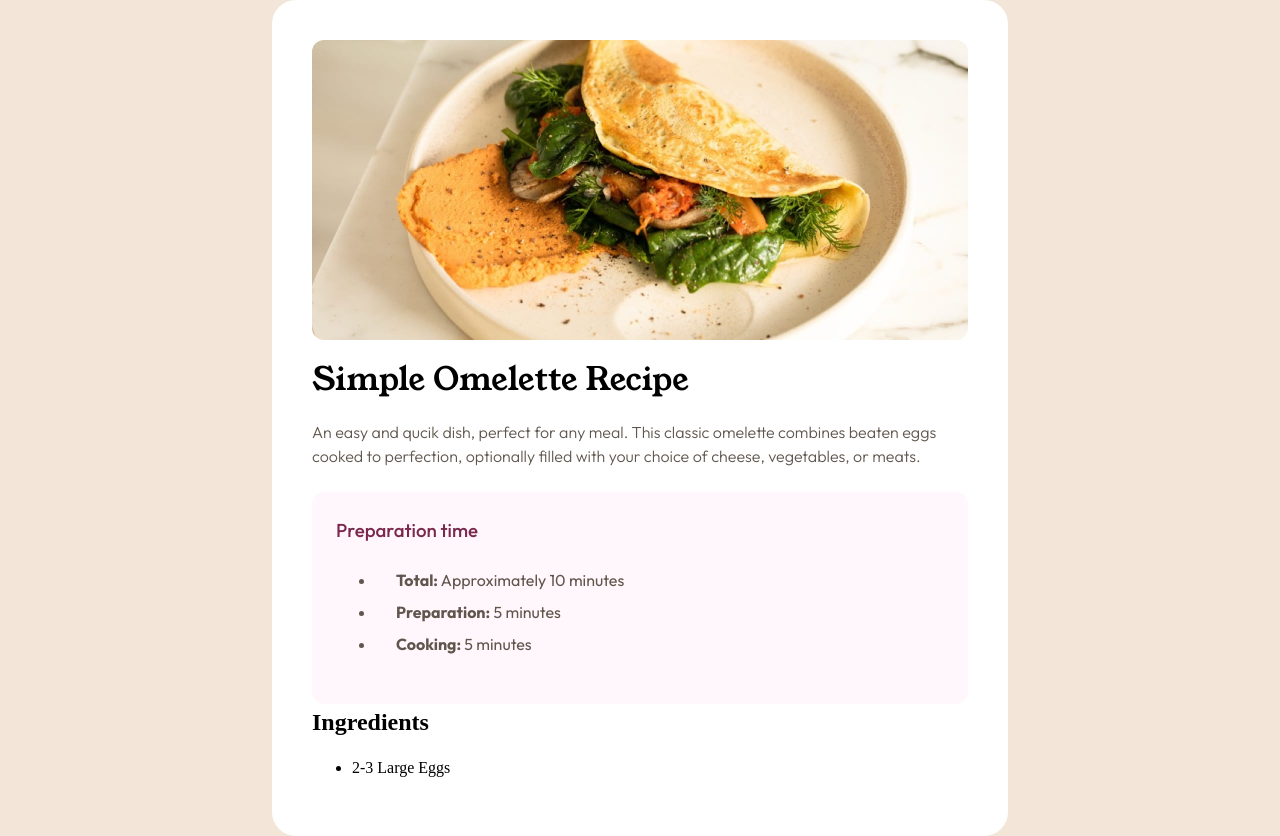
Repository: brandontaylor1/recipe-page
Page: index.html
These files come from the project's save history. The page is drawn as it stood at one moment and after the next save; the edit follows.
The browser window is 1280 px wide. The pictures show the whole page.

Above is the page before, as saved 2024-12-28 22:19:50.

### index.html
<!DOCTYPE html>
<html lang="en">
<head>
    <meta charset="UTF-8">
    <meta name="viewport" content="width=device-width, initial-scale=1.0">
    <link rel="preconnect" href="https://fonts.googleapis.com">
    <link rel="preconnect" href="https://fonts.gstatic.com" crossorigin>
    <link href="https://fonts.googleapis.com/css2?family=Outfit:wght@100..900&family=Young+Serif&display=swap" rel="stylesheet">
    <link rel="stylesheet" href="styles.css">
    <title>Recipe Page</title>
</head>
<body>
    <main class="container">
        <div class="recipe-card">
            <div class="recipe-title-content">
                <img src="./assets/images/image-omelette.jpeg" alt="recipe-image">
                <h1>Simple Omelette Recipe</h1>
                <p>An easy and qucik dish, perfect for any meal. This classic omelette combines beaten eggs cooked to perfection, optionally filled with your choice of cheese, vegetables, or meats. </p>
            </div>
            <div class="preparation-container">
                <h3>Preparation time</h3>
                <ul class="preparation-time">
                    <li><strong>Total:</strong> Approximately 10 minutes</li>
                    <li><strong>Preparation:</strong> 5 minutes</li>
                    <li><strong>Cooking:</strong> 5 minutes</li>
                </ul>
            </div>
            <div class="ingredients-container">
                <h2>Ingredients</h2>
                <ul class="ingredients-list">
                    <li>2-3 Large Eggs</li>
                </ul>

            </div>
            <div class="instructions-container">

            </div>
            <div class="nutrition-container">

            </div>
        </div>


    </main>



    <script src="index.js"></script>
</body>
</html>

### styles.css
*,
*::before,
*::after {
    box-sizing: border-box;
}

body,
h1,
h2,
h3,
h4,
h5,
h6,
p,
figure,
picture {
    margin: 0;
}

body {
    line-height: 1.5;
    min-height: 100vh;
}

img,
picture {
    max-width: 100%;
    display: block;
}

input,
button,
textarea,
select {
    font: inherit;
}

@media (prefers-reduced-motion: reduce) {
    *,
    *::before,
    *::after {
      animation-duration: 0.01ms !important;
      animation-iteration-count: 1 !important;
      transition-duration: 0.01ms !important;
      scroll-behavior: auto !important;
    }
  }

  /* UTILITY CLASSES */
  /* .flex{
    display: flex;
    gap: var(--gap, 1rem);
  }

  .grid {
    display: grid;
    gap: var(--gap, 1rem);
  }

  .container {
    padding: 0 2rem;
    margin: 0 auto;
    max-width: 80rem;
  }

  .sr-only {
    position: absolute;
    width: 1px;
    height: 1px;
    padding: 0;
    margin: -1px;
    overflow: hidden;
    clip: rect(0, 0, 0, 0);
    white-space: nowrap;
    border-width: 0;
  }

  .backgroundColor {
    background-color: var(--color-rose-50);
  } */




:root {
    /* COLORS */
    --color-rose-800: #7A284E;
    --color-rose-50: #FFF7FB;

    --color-stone-900: #312E2C;
    --color-stone-600: #5F564D;
    --color-stone-150: #E3DDD7;
    --color-stone-100: #F3E5D7;

    --color-brown-800: #854632;

    --color-white: #FFFFFF;
    --color-black: #000000;

    /* FONTS */
    /* @font-face {
        font-family: "YoungSerif-Regular", sans-serif;
        src: url(./fonts/YoungSerif-Regular.ttf) format('ttf');
    }

    @font-face {
        font-family: "Outfit-SemiBold", sans-serif;
        src: url(./fonts/Outfit-SemiBold.ttf) format('ttf');
    }

    @font-face {
        font-family: "Outfit-Bold", sans-serif;
        src: url(./fonts/Outfit-Bold.ttf) format('ttf');
    }

    @font-face {
        font-family: "Outfit-Regular", sans-serif;
        src: url(./fonts/Outfit-Regular.ttf) format('ttf');
    } */

    /* FONT SIZES */
    /* --fs-h1: 9.375rem;
    --fs-h2: 1.75rem;
    --fs-h3: 1.25rem;
    --fs-p: 1rem; */

}

.container {
    display: flex;
    flex-direction: column;
    align-items: center;
    justify-content: center;
    padding: 0 2rem;
    margin: 0 auto;
    max-width: 80rem;
    background-color: var(--color-stone-100);

}

.recipe-card {
    display: flex;
    flex-direction: column;
    align-items: flex-start;
    justify-content: space-between;
    width: 736px;
    padding: 40px;
    background-color: var(--color-white);
    border-radius: 24px;

}

.recipe-card img {
    width: 100%;
    border-radius: 12px;
}

.recipe-card h1 {
    padding: 1rem 0;
    font-family: "Young Serif", sans-serif;
    font-weight: 200;
}

.recipe-title-content p {
    color: var(--color-stone-600);
    font-family: "Outfit", sans-serif;
    font-size: 16px;
    font-weight: 300;
    line-height: 24px;
}

.preparation-container {
    display: flex;
    flex-direction: column;
    align-items: flex-start;
    width: 100%;
    margin-top: 24px;
    padding: 24px;
    border-radius: 12px;;
    background-color: var(--color-rose-50);
}

.preparation-container h3 {
    font-family: "Outfit", sans-serif;
    font-weight: 500;
    color: var(--color-rose-800);
}

.preparation-container p {
    font-family: "Outfit", sans-serif;
}

.preparation-time li {
    font-family: "Outfit", sans-serif;
    color: var(--color-stone-600);
    font-size: 16px;
    font-weight: 400;
    line-height: 24px;
    margin: 8px 0;
    padding-left: 20px;
}

.preparation-time li strong {
    font-family: "Outfit", sans-serif;
    font-weight: 700;
    font-size: 16px;
    color: var(--color-stone-600);
    line-height: 24px;
}

Loaded but not shown: index.js (common file)

After the next save:
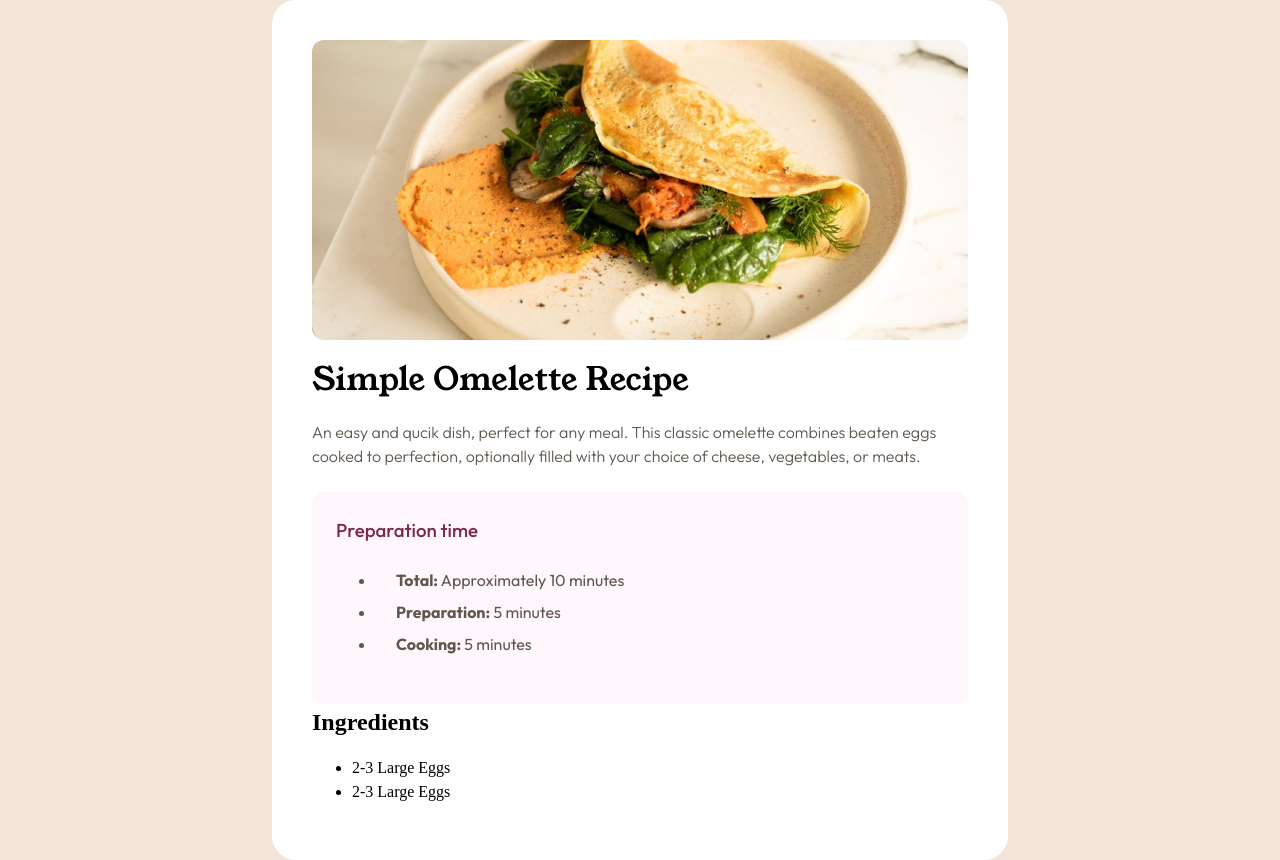
Saved 5 s later.
--- a/index.html
+++ b/index.html
@@ -29,6 +29,7 @@
                 <h2>Ingredients</h2>
                 <ul class="ingredients-list">
                     <li>2-3 Large Eggs</li>
+                    <li>2-3 Large Eggs</li>
                 </ul>
 
             </div>
